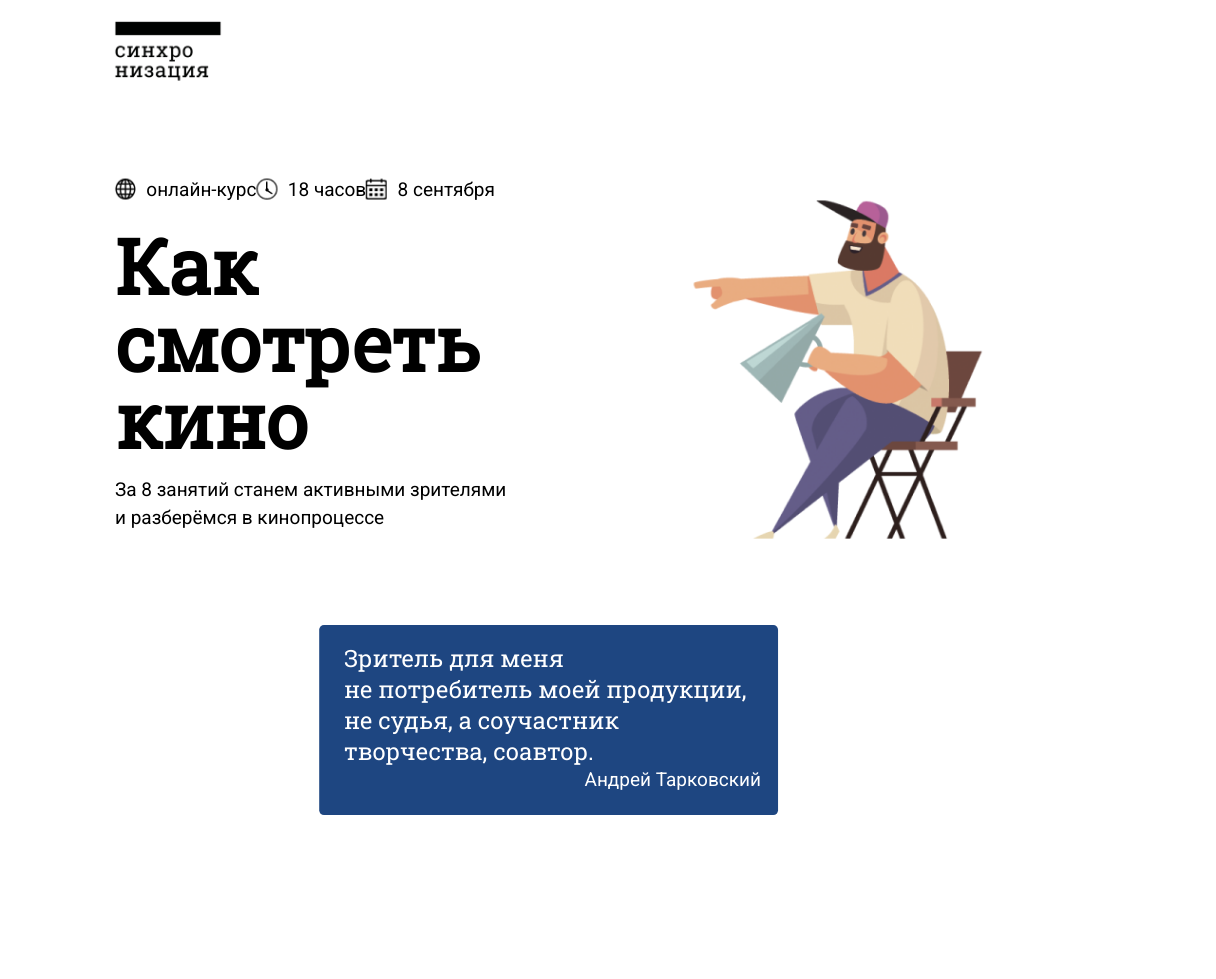
Repository: NatiqSamiyev/fiqma-task-top
Page: index.html
These files come from the project's save history. The page is drawn as it stood at one moment and after the next save; the edit follows.
The browser window is 1280 px wide. The pictures show the whole page, at 95% of full size.

Above is the page before, as saved 2023-08-16 15:35:10.

### index.html
<!DOCTYPE html>
<html lang="en">
  <head>
    <meta charset="UTF-8" />
    <meta name="viewport" content="width=device-width, initial-scale=1.0" />
    <link rel="stylesheet" href="index.css" />
    <title>Document</title>
  </head>
  <body>
    <div class="container">
      <img src="./images/logo_mobile_black 1.png" alt="" />

      <ul>
        <li>
          <img src="./images/globe.png" alt="" />
          <p>онлайн-курс</p>
        </li>

        <li>
          <img src="./images/img_135744.png" alt="" />
          <p>18 часов</p>
        </li>

        <li>
          <img src="./images/calendar_2.png" alt="" />
          <p>8 сентября</p>
        </li>
      </ul>

      <div class="top-container">
        <div class="box-1">
          <h1>Как смотреть кино</h1>
          <br />
          <p>
            За 8 занятий станем активными зрителями<br />
            и разберёмся в кинопроцессе
          </p>
        </div>

        <div class="box-2">
          <img src="./images/noroot 1.png" alt="" />
        </div>
      </div>

      <div class="bottum-container">
        <p>
          Зритель для меня
          <br />не потребитель моей продукции, не судья, а соучастник
          творчества, соавтор.
        </p>

        <h2>Андрей Тарковский</h2>
      </div>
    </div>
  </body>
</html>

### index.css
@import url("https://fonts.googleapis.com/css2?family=Roboto+Slab&family=Roboto:wght@400;700&display=swap");
* {
  margin: 0;
  padding: 0;
  box-sizing: border-box;
}

.container {
  width: 100%;
  padding: 21px 246px 173px 121px;
}

.container ul {
  margin-top: 97px;
  display: flex;

}
.container ul li{
  list-style-type: none;
  m
}

.container ul img {
  width: 22px;
  height: 22px;
}

.container ul li p {
  margin-left: 11px;
  color: #000;
font-family: Roboto;
font-size: 20px;
font-style: normal;
font-weight: 400;
line-height: 115%;
}

.container ul li {
  display: flex;
  justify-content: space-between;
}

.top-container {
  display: flex;
}

.box-1 {
  width: 628px;
  margin: 29px 0px 0 0;
}

.box-1 h1 {
  color: #000;
  font-family: Roboto Slab;
  font-size: 80px;
  font-style: normal;
  font-weight: 700;
  line-height: 101.385%;
}

.box-1 p {
  color: #000;
  font-family: Roboto;
  font-size: 20px;
  font-style: normal;
  font-weight: 400;
  line-height: 150%;
}

.box-2 {
  margin-left: 140px;
}

.box-2 img {
  width: 304px;
  height: 356px;
}

.bottum-container {
  padding: 19px 18px 0 26px;
  width: 483px;
  height: 200px;
  margin: auto;
  margin-top: 87px ;
  border-radius: 5px;
  background: #1e4681;
}

.bottum-container p {
  color: #fff;
  font-family: Roboto Slab;
  font-size: 25px;
  font-style: normal;
  font-weight: 400;
  line-height: 130%;
}

.bottum-container h2 {
  color: #fff;
  text-align: right;
  font-family: Roboto;
  font-size: 20px;
  font-style: normal;
  font-weight: 400;
  line-height: 130%;
}

After the next save:
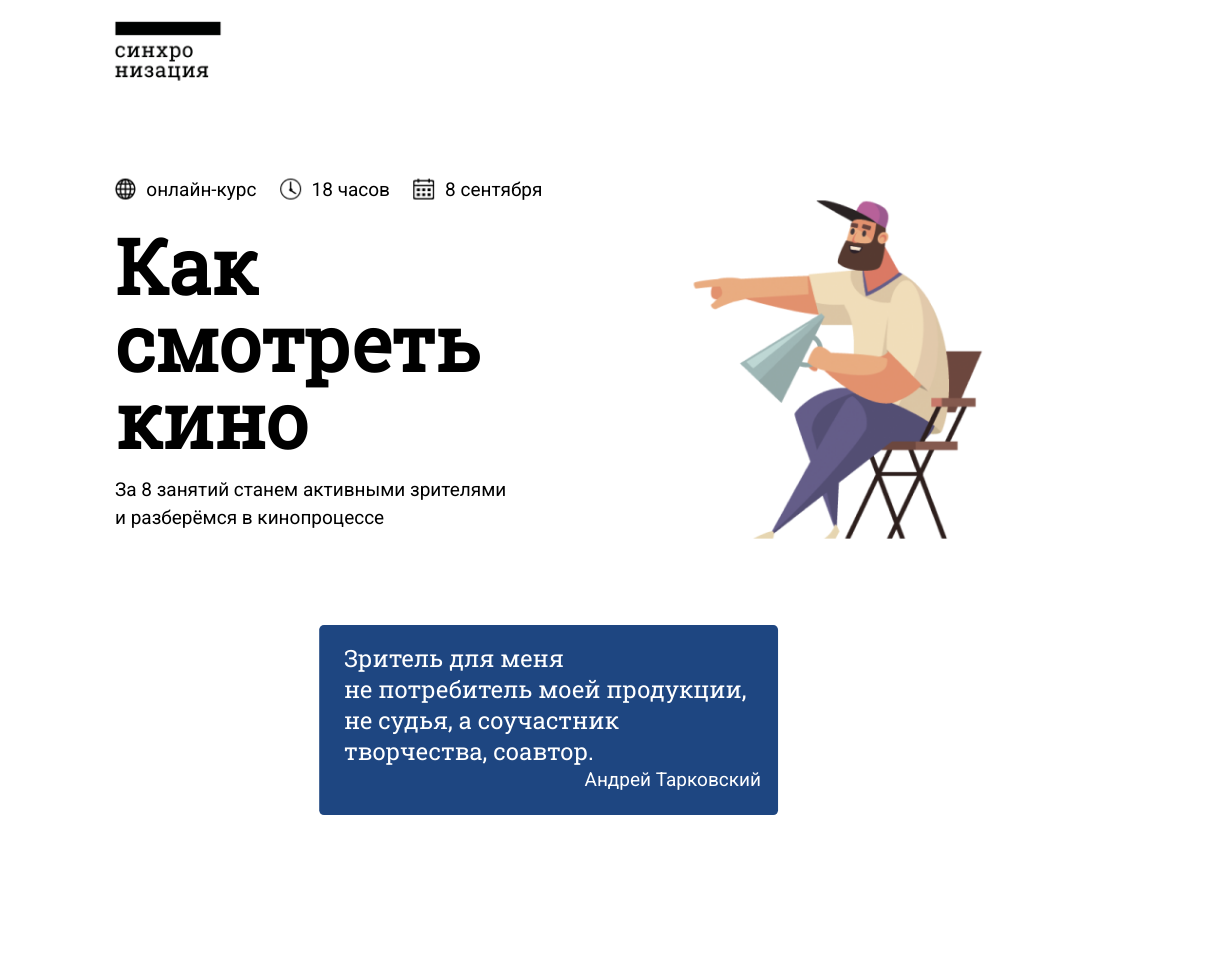
Saved 4 s later.
--- a/index.css
+++ b/index.css
@@ -17,7 +17,7 @@
 }
 .container ul li{
   list-style-type: none;
-  m
+  margin-right: 25px;
 }
 
 .container ul img {
